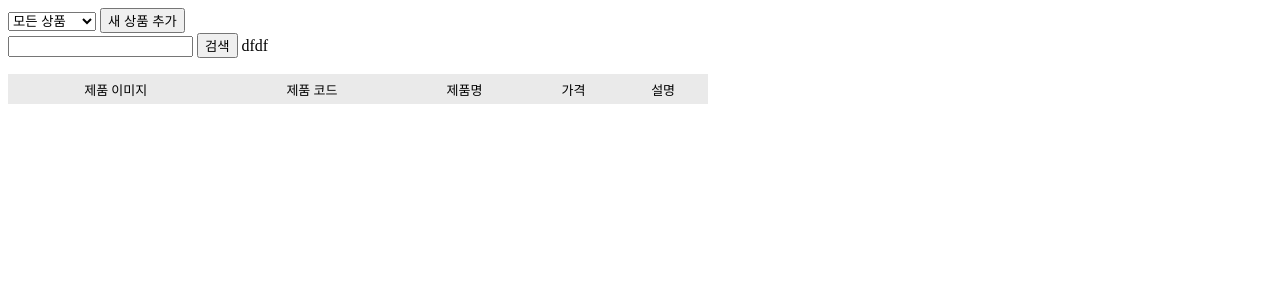
Repository: sjeong12/Photos
Page: http://localhost/LSJ_PHOTO/admin/productList.jsp
The author's editor kept a copy of each file at every save. The page is drawn from the files as they stood at one save, then again after the next save.
The browser window is 1280 px wide. The pictures show the whole page.
The page is served by Tomcat 9. Other server files are loaded and not shown. Queries for data that is not in the repository find no rows.

Above is the page before, as saved 2016-12-07 06:46:50.

### LSJ_PHOTO/WebContent/admin/productList.jsp
<%@ page language="java" import="java.sql.*" contentType="text/html; charset=utf-8" pageEncoding="utf-8" %>
<% request.setCharacterEncoding("utf-8"); %>
<HTML><HEAD>
<TITLE>제품 목록</TITLE></HEAD>

<script language=javascript>
function add_product()
{
	document.frm_s.action = "/admin/addProduct.jsp";
	document.frm_s.submit();
}
</script>


<BODY>

<%
    //String in_usernm = request.getParameter("search_value");
    //if (in_usernm == null) in_usernm = "";

    String in_search_key   = request.getParameter("search_key");
	String in_search_value = request.getParameter("search_value");
    //  페이지 번호 – 없으면(처음) 1, 아니면 전달 받은 페이지
    String strPageNum = request.getParameter("PageNum");     // paging
    // 표시할 목록의 개수 – 없으면 지정하여 사용
  	String strPageSize = request.getParameter("PageSize");   // paging
  	if (in_search_key   == null) in_search_key   = "";
 	if (in_search_value == null) in_search_value = "";
    if (strPageNum == null) strPageNum = "1";        // paging
    if (strPageSize == null) strPageSize = "10";      // paging    이 크기는 화면 사이즈에 따라 다름
    int currentPage = Integer.parseInt(strPageNum);  // paging  현재 선택 페이지 값 INT 로 변경
    int pageSize = Integer.parseInt(strPageSize);     // paging    목록의 갯수 INT로 변경
%>

<FORM NAME = frm_s  ACTION="productList.jsp" METHOD=post>
<SELECT NAME=search_key>

<OPTION VALUE = ""
	<%
 	     if (in_search_key.equals("")) out.print(" selected");
	%>
    >모든 상품</OPTION>
<OPTION VALUE = "1"
	<%
 	     if (in_search_key.equals("1")) out.print(" selected");
	%>
    >액자</OPTION>
<OPTION VALUE = "2"
    <%
         if (in_search_key.equals("2")) out.print(" selected");
    %>
  >앨범</OPTION>
 <OPTION VALUE = "3"
    <%
         if (in_search_key.equals("3")) out.print(" selected");
    %>
  >디자인 소품</OPTION>


   </SELECT>

<INPUT TYPE=button VALUE="새 상품 추가" onclick = "add_product()">
<div text-align: right>
<INPUT TYPE=text NAME=search_value VALUE="<%= in_search_value %>">
<INPUT TYPE=submit VALUE="검색">
dfdf
</div>
</FORM>




<TABLE border = "0" cellspacing = "0" cellpadding = "2" width = "700">

<TR bgcolor = "EAEAEA" height="30">
<TD><font size = 2><center>제품 이미지</center></font></TD>
<TD><font size = 2><center>제품 코드</center></font></TD>
<TD><font size = 2><center>제품명</center></font></TD>
<TD><font size = 2><center>가격</center></font></TD>
<TD><font size = 2><center>설명</center></font></TD>
</TR>
<%
Class.forName("com.microsoft.sqlserver.jdbc.SQLServerDriver");
String connectionURL = "jdbc:sqlserver://localhost:1433;databaseName=DBPstudio;user=sa;password=11";
Connection con = DriverManager.getConnection(connectionURL);

ResultSet rs = null;   // 데이터 베이스에서 가져온 정보를 저장하는 객체
ResultSet rs2 = null;      // paging    rs 객체 하나 더 생성

     Statement stmt = con.createStatement();
   //String SQL = "select userid, usernm, gender, jumin, jobcd from members order by userid";


     String SQL = "SELECT * ";

if (in_search_key.equals("")){
	SQL = SQL + "from Product ";
    SQL = SQL + "where Product_Name LIKE '%" + in_search_value + "%'";
    SQL = SQL + "or Product_Code Like '%" + in_search_value + "%' ";
}
else if (in_search_key.equals("1")){
	SQL = SQL + "from Product P, Sub_Category S ";
    SQL = SQL + "where (P.Product_Name LIKE '%" + in_search_value + "%' ";
    SQL = SQL + "or P.Product_Code Like '%" + in_search_value + "%') ";
    SQL = SQL + "and (P.SubCategory_Num = S.Sub_Category_Num) ";
	SQL = SQL + "and (S.Category_Num = '1') ";
}
else if (in_search_key.equals("2")){
	SQL = SQL + "from Product P, Sub_Category S ";
    SQL = SQL + "where (P.Product_Name LIKE '%" + in_search_value + "%' ";
    SQL = SQL + "or P.Product_Code Like '%" + in_search_value + "%') ";
    SQL = SQL + "and (P.SubCategory_Num = S.Sub_Category_Num) ";
	SQL = SQL + "and (S.Category_Num = '2') ";
}
else if (in_search_key.equals("3")){
	SQL = SQL + "from Product P, Sub_Category S ";
    SQL = SQL + "where (P.Product_Name LIKE '%" + in_search_value + "%' ";
    SQL = SQL + "or P.Product_Code Like '%" + in_search_value + "%') ";
	SQL = SQL + "and (P.SubCategory_Num = S.Sub_Category_Num) ";
	SQL = SQL + "and (S.Category_Num = '3') ";
}
	SQL = SQL + "order by Product_Name ";


     // 페이징을 이용하기 위한 MSSQL 함수로 페이지를 계산한다.
     String SQL2 = SQL;                             //  위의 기존 SQL 에 더 추가       // paging
     SQL2 = SQL2 + "OFFSET "+ ( currentPage - 1 ) * pageSize + " ROWS ";   // paging
     SQL2 = SQL2 + "FETCH NEXT " + pageSize + " ROWS ONLY ";                // paging
       // 전체 카운트를 가져오기위한 sql을 실행해야한다.
      rs2 = stmt.executeQuery(SQL);   // select 문                             //paging
      int totalRecords = 0;                                                             //paging
      while(rs2.next()){       // 처음부터 끝까지                                  //paging
      totalRecords++;       // 전체 레코드 수 카운트                             //paging
      }


   // 페이지가 계산된 목록을 가져오는 SQL2를 실행한다.
      rs = stmt.executeQuery(SQL2);    //  SQL2=기존 SQL + 페이징 SQL      // paging

   while(rs.next())
   {
       String image= rs.getString("Product_Image");
       String code= rs.getString("Product_Code");
       String name= rs.getString("Product_Name");
       int price= rs.getInt("product_Price");
       String Info= rs.getString("Product_Info");

   %>
      <TR onmouseover="this.style.backgroundColor='orange';"
      onmouseout="this.style.backgroundColor='white'; " >  <TD>
      <a href="/LSJ_PHOTO/home.jsp?page=/admin/productView&pcode=<%= code %>">
      <img src="/LSJ_PHOTO/productImage/<%= image %>" border="0" width="100" height="100"/>
      </a>
      </TD>
               <TD><font size = 2> <%= code%> </font></TD>
               <TD><font size = 2> <%= name%> </font></TD>
               <TD><font size = 2> &nbsp;&nbsp;<%= price %>&nbsp;&nbsp; </font></TD>
               <TD><font size = 2> <%= Info%> </font></TD> </TR>
   <% } %>

</TABLE>
<%
int intTotPages= 0; // 총 페이지 수 계산
int intR= totalRecords % pageSize;   // 6 % 3 = 0
if(intR == 0) {
intTotPages = totalRecords / pageSize;
}
else  {   // 7 % 3 != 0
intTotPages = totalRecords / pageSize + 1;  // 나머지가 0 아니면 총 페이지수는 몫 + 1
}

int intGrpSize  = 2; // 그룹 수 설정 - 화면에 보여질 그룹  수
int currentGrp  = 0; // 현 그룹 No.
intR= currentPage % intGrpSize;     // 3 % 2 = ?
if(intR == 0) {
currentGrp= currentPage / intGrpSize;  //4/2=2 그룹
}
else  {   // 3/2 =1 +1 =2그룹
currentGrp= currentPage / intGrpSize + 1;
}
//Page 282
int intGrpStartPage= (currentGrp  - 1) * intGrpSize + 1;   // 2그룹일 때 (2-1)*2+1=3
int intGrpEndPage=  currentGrp * intGrpSize;                  // 2그룹일 때  2*2=4
if (intGrpEndPage > intTotPages){    //  그룹의 끝 페이지가 총 페이지수보다 크면
intGrpEndPage= intTotPages;           //  끝 페이지 수가 총 페이지 수
}

if (currentGrp > 1){    //  그룹 2부터는 이전 페이지 표시
%>
 [<A href="productList.jsp?PageNum=<%= intGrpStartPage - 1 %>">이전</A>]
<%                                                               // 이전 이니까 -1
}

int intGrpPageCount= intGrpSize; // 그룹 당 페이지 수
int intIndex= intGrpStartPage; // 현 그룹 시작 페이지
while (intGrpPageCount > 0 && intIndex <= intGrpEndPage){
%>
[<A href="productList.jsp?PageNum=<%= intIndex %>"><%= intIndex %></A>] &nbsp;
<%
intIndex = intIndex + 1;
intGrpPageCount  = intGrpPageCount - 1;
}
if (intIndex <= intTotPages){  // 다음 그룹이 있으면
%>
[<A href="productList.jsp?PageNum=<%= intIndex %>">다음</A>]
<%
}

stmt.close();
rs.close();
rs2.close();
con.close();

%>

</BODY>

After the next save:
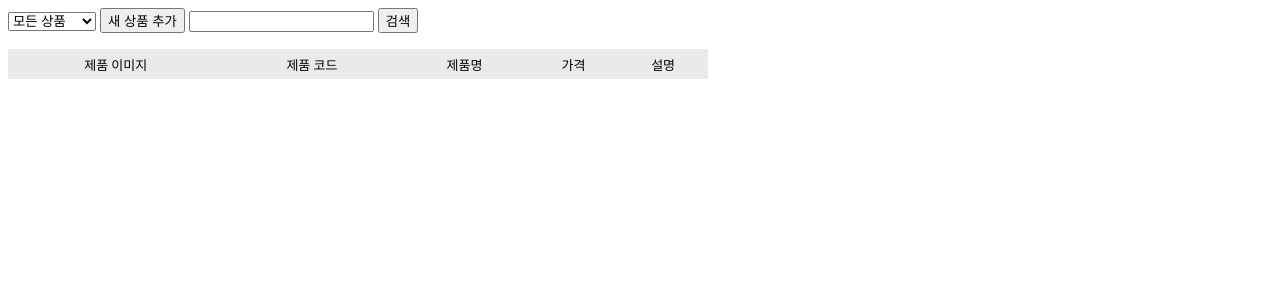
Saved 75 s later.
--- a/LSJ_PHOTO/WebContent/admin/productList.jsp
+++ b/LSJ_PHOTO/WebContent/admin/productList.jsp
@@ -60,11 +60,10 @@ function add_product()
    </SELECT>
 
 <INPUT TYPE=button VALUE="새 상품 추가" onclick = "add_product()">
-<div text-align: right>
+<right>
 <INPUT TYPE=text NAME=search_value VALUE="<%= in_search_value %>">
 <INPUT TYPE=submit VALUE="검색">
-dfdf
-</div>
+</right>
 </FORM>
 
 
